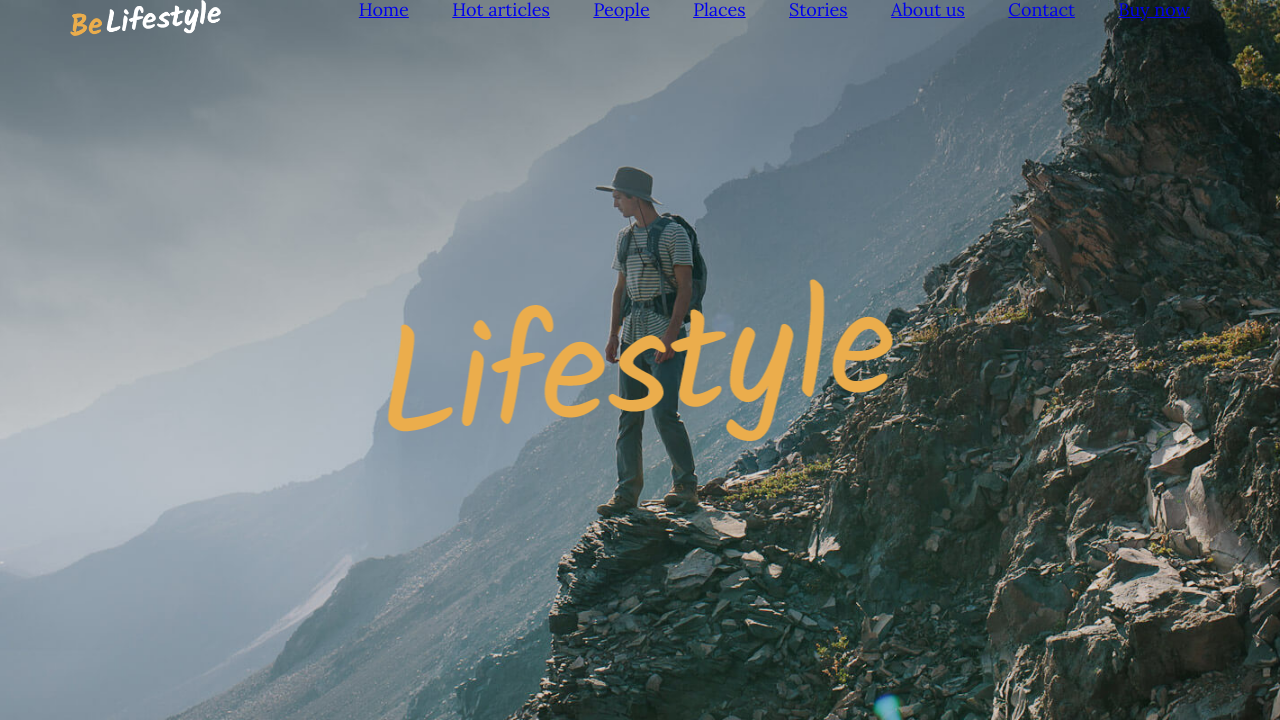
Repository: MalgorzataMazur/BeLife
Page: index.html
The author's editor kept a copy of each file at every save. The page is drawn from the files as they stood at one save, then again after the next save.
The browser window is 1280 px wide. The pictures show the whole page.

Above is the page before, as saved 2019-10-31 16:10:11.

After the next save:
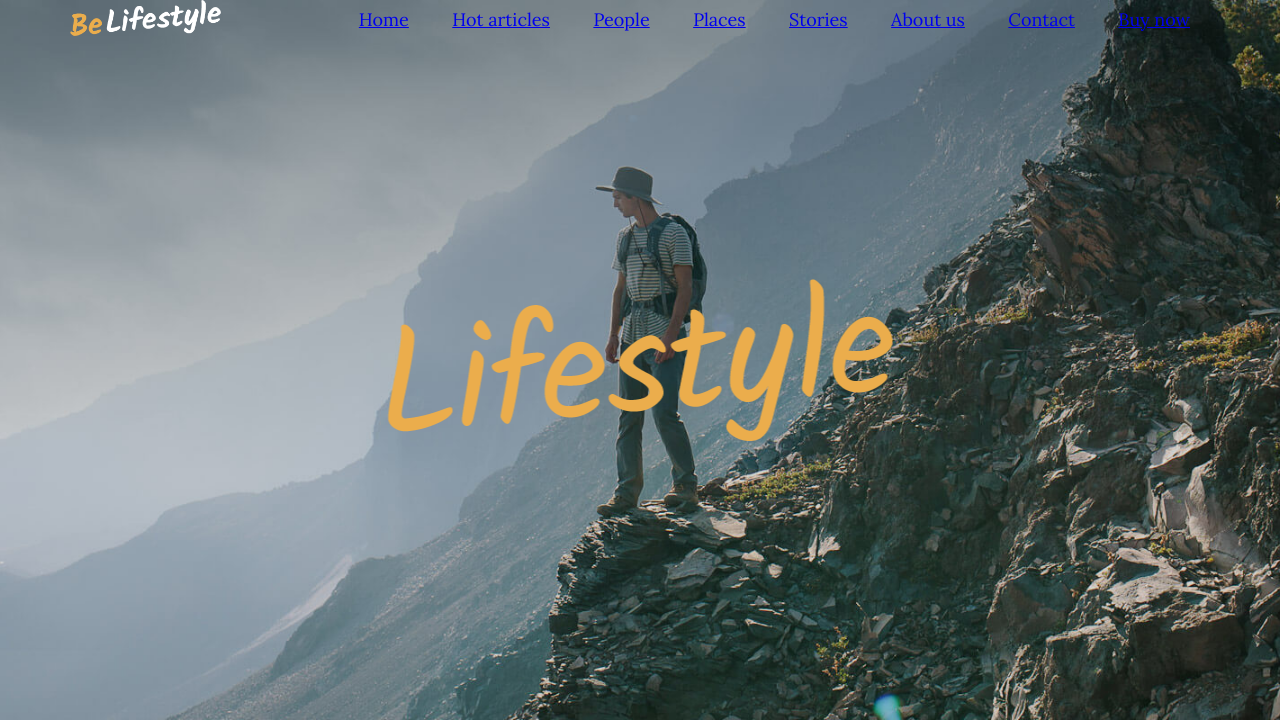
Saved 24 s later.
--- a/resources/css/style.css
+++ b/resources/css/style.css
@@ -58,6 +58,6 @@ header {
 .main-nav li {
     display: inline-block;
     font-size: 18px;
-    margin top: 10px;
+    margin-top: 10px;
     padding: 0 20px;
 }
